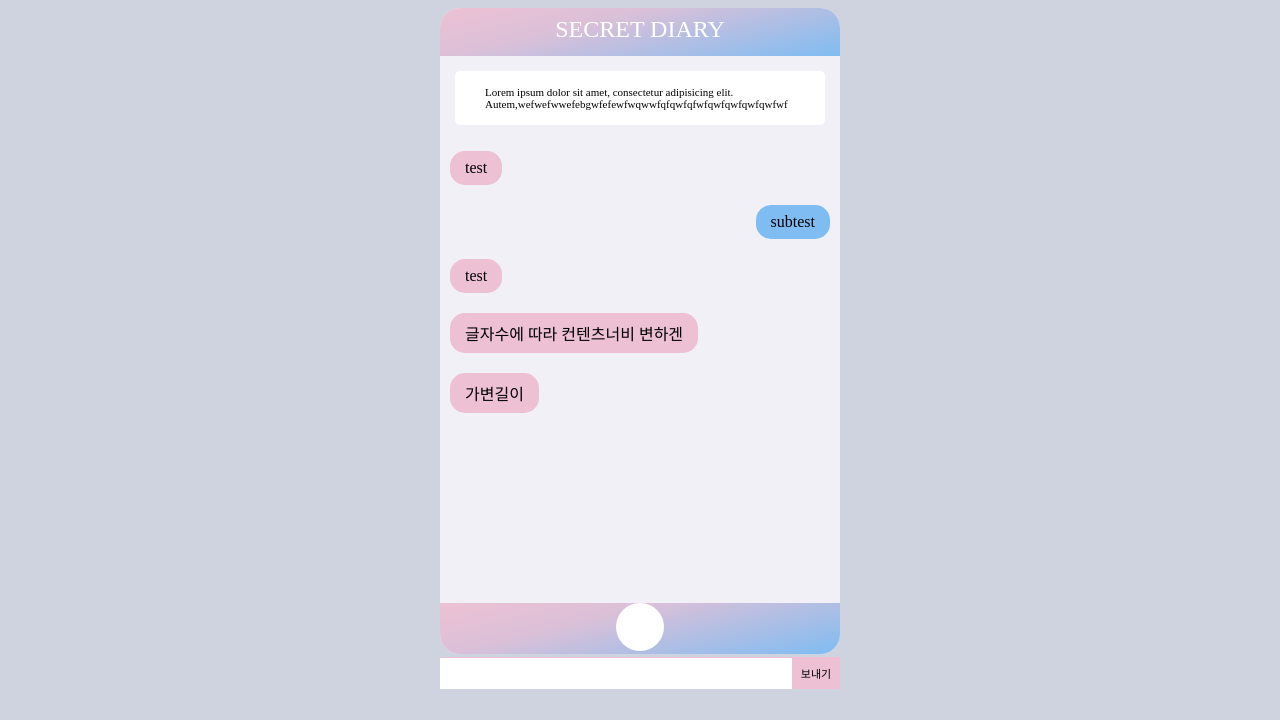
Repository: jinhee196/diary
Page: index.html
An editor plug-in stored every save of this project. The page is shown before and after the next save, followed by the edit.
The browser window is 1280 px wide. The pictures show the whole page.

Above is the page before, as saved 2021-06-04 12:59:12.

After the next save:
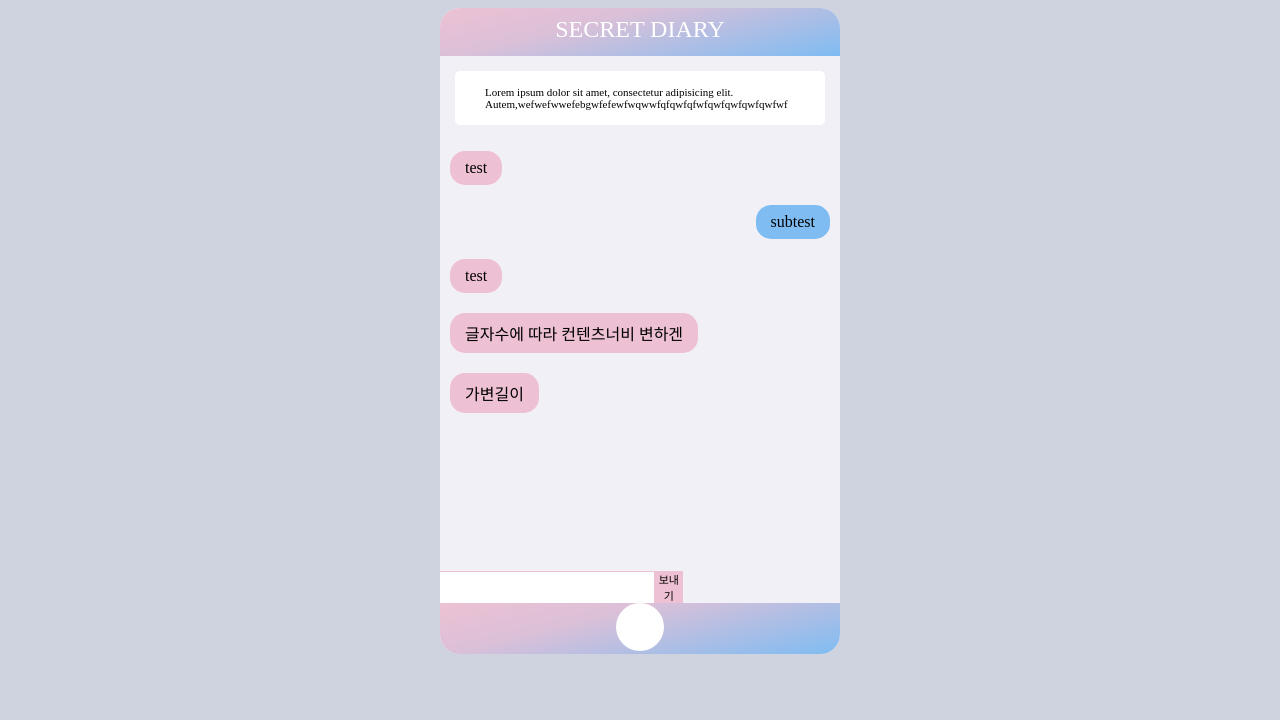
Saved 32 s later.
--- a/style.css
+++ b/style.css
@@ -88,7 +88,10 @@ body {
   );
   border-radius: 0 0 20px 20px;
 }
-
+.message {
+  position: absolute;
+  bottom: 0;
+}
 .footer__input {
   width: 88%;
   height: 32px;
